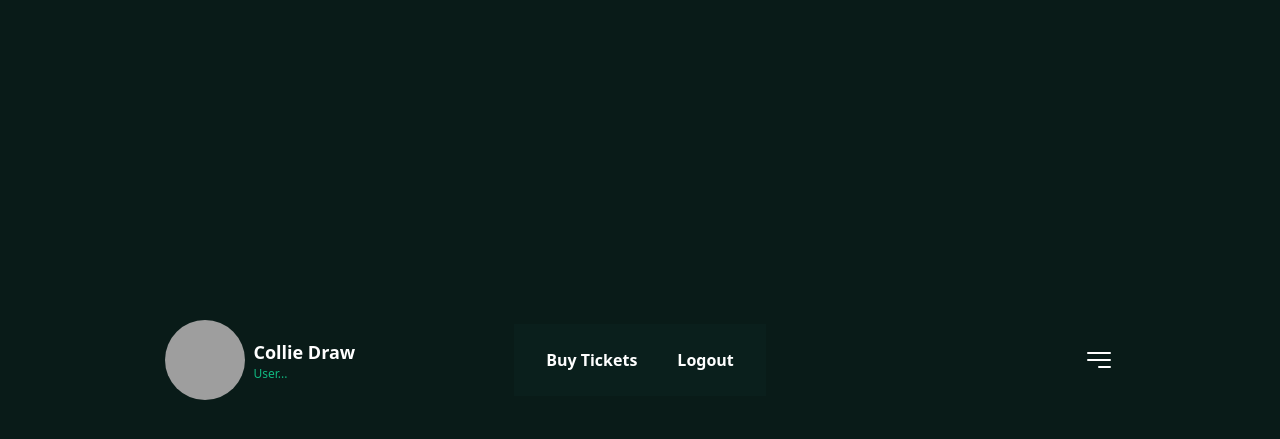
Repository: dcolind/BlockChain-Lotto
Page: /
These files come from the project's save history. The page is drawn as it stood at one moment and after a run of saves; the edit follows.
The browser window is 1280 px wide. The pictures show the whole page.
Pictures or frames that could not be fetched are drawn as grey boxes. The project was rebuilt for these pictures with package versions that can differ from the ones it lists, and the page was loaded fresh each time. The framework's server and built-in components were replaced by stand-ins that run in the browser. Also part of the build but not shown: next.config.js.

Above is the page before, as saved 2022-08-30 11:53:01.

After the next 6 saves:
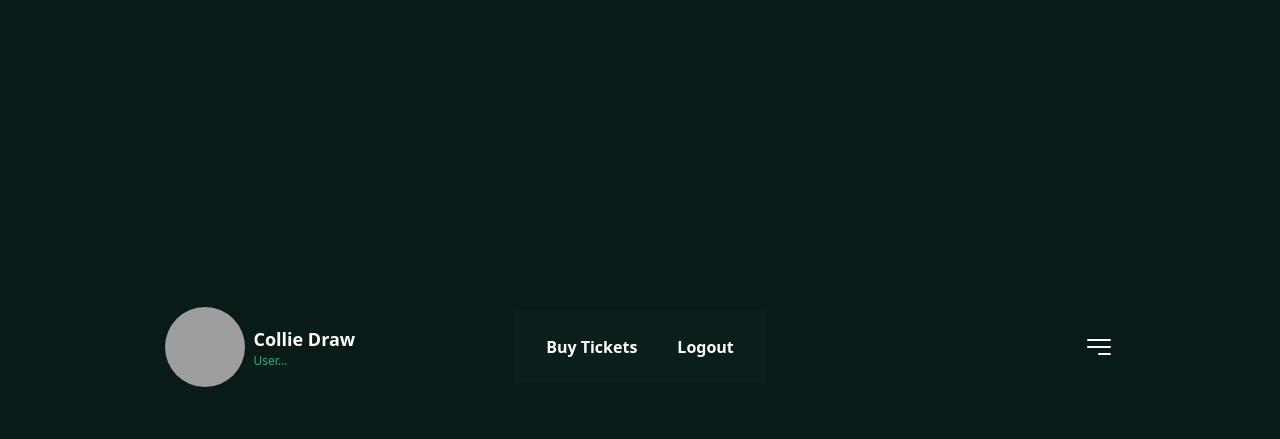
The 6 saves are shown as one change because they came seconds apart.
The last was saved 16 s later.
--- a/components/Header.tsx
+++ b/components/Header.tsx
@@ -28,7 +28,9 @@ function Header() {
 
 
         </div>
-
+        <span>
+            <NavButton />
+        </span>
     </header>
   );
 }
